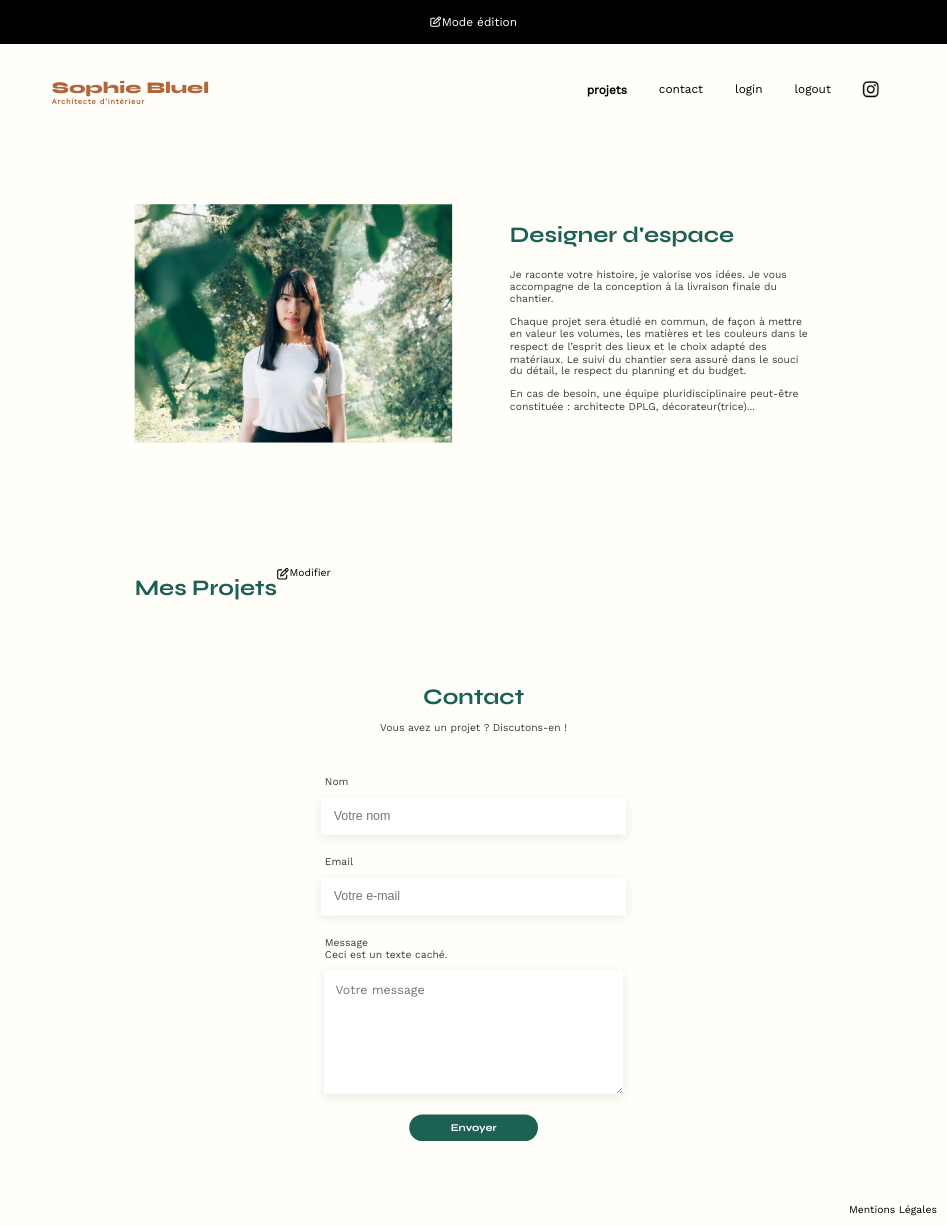
Repository: BlueSoley23/openclassrooms
Page: FrontEnd/index.html
An editor plug-in stored every save of this project. The page is shown before and after the next save, followed by the edit.
The browser window is 1280 px wide. The pictures show the whole page, at 74% of full size.
The page's requests for data from a server got no answer.

Above is the page before, as saved 2023-12-21 05:18:21.
Console error: TypeError: categories is not iterable

After the next save:
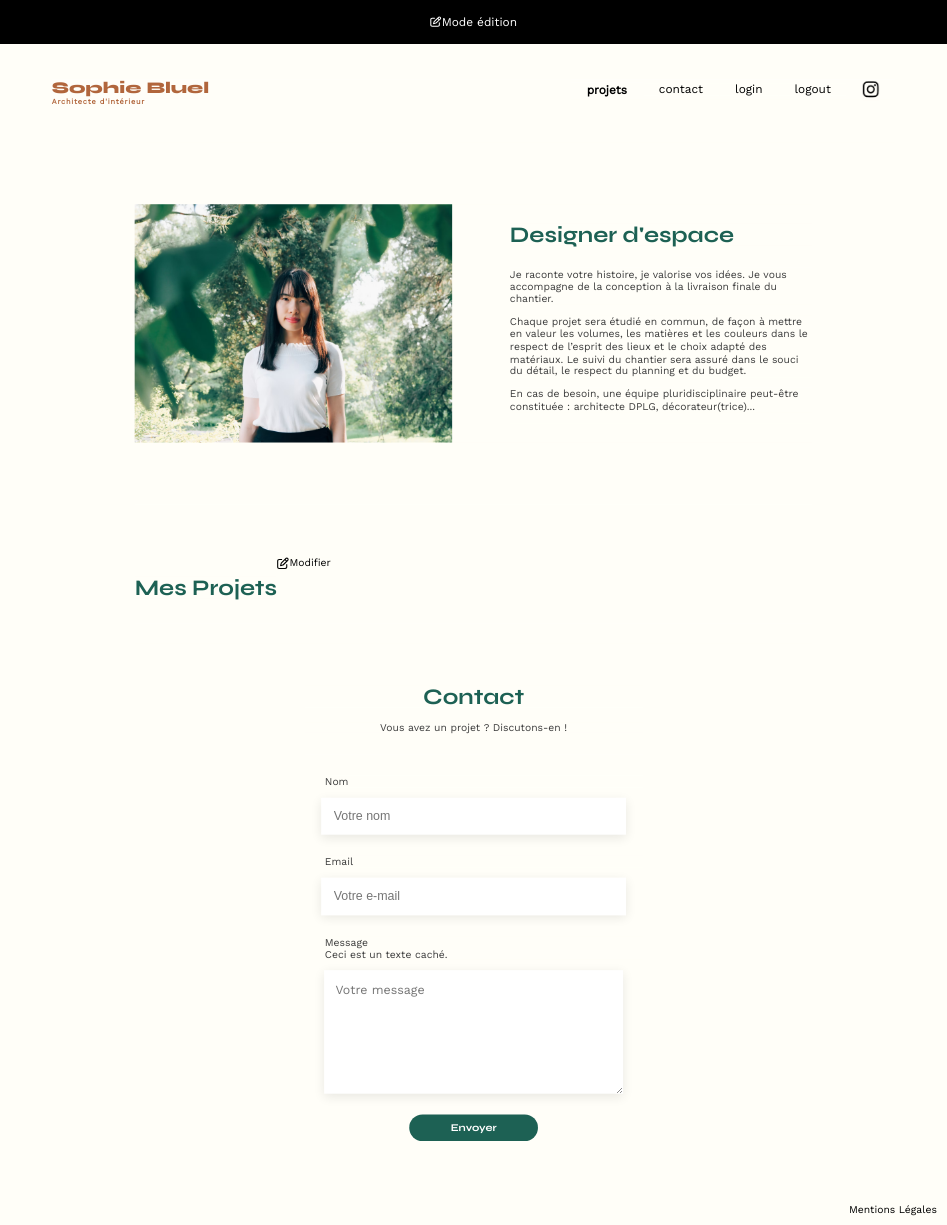
Saved 4 s later.
--- a/FrontEnd/assets/css/style.css
+++ b/FrontEnd/assets/css/style.css
@@ -587,5 +587,5 @@
 		display: flex;
 		flex-direction: row;
 		align-items: bottom;
-		padding-top: 2em;
+		padding-top: ;
 	  }
